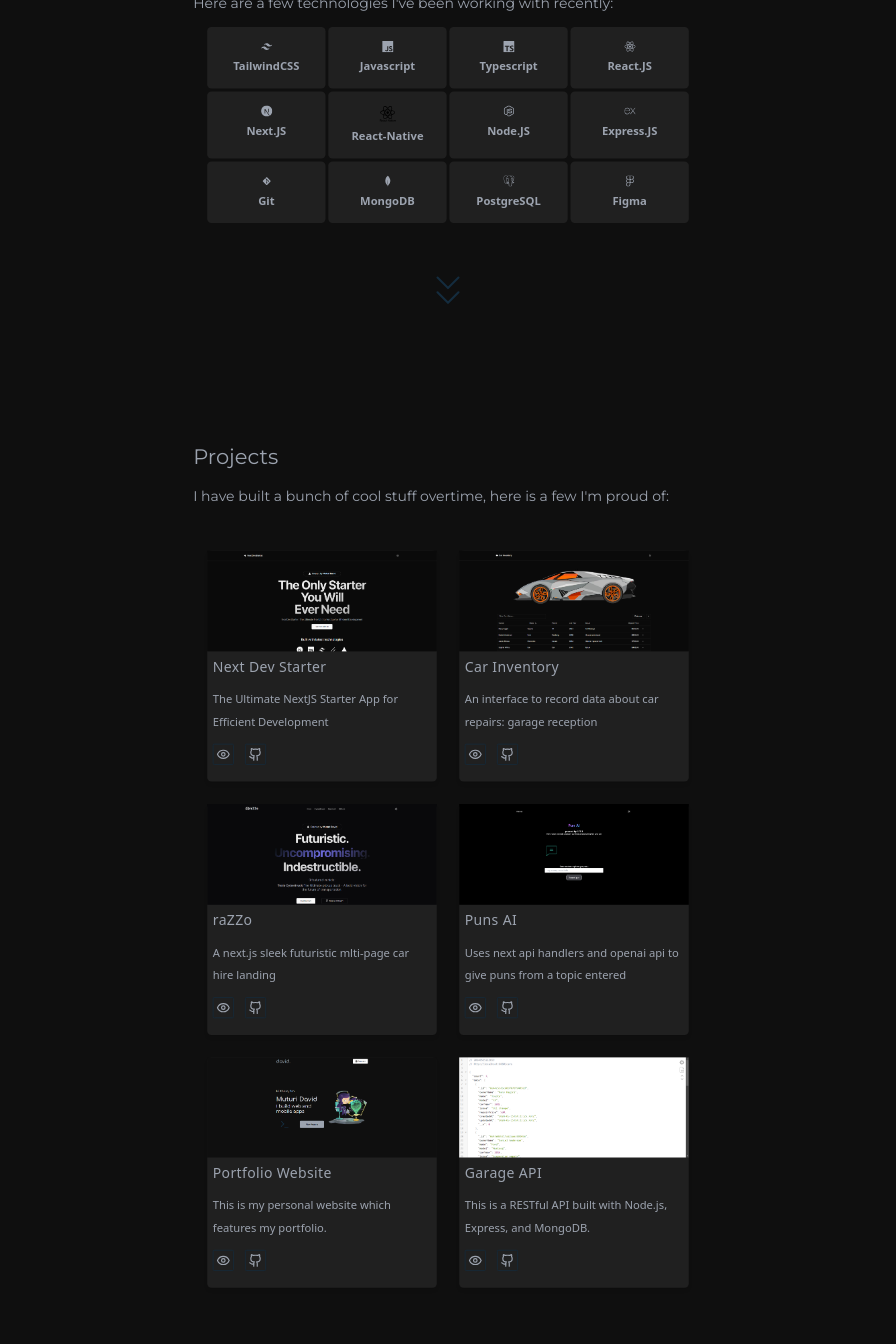
Repository: tushcmd/tushdev-portfolio
Page: /
These files come from the project's save history. The page is drawn as it stood at one moment and after the next save; the edit follows.
The browser window is 1280 px wide. The pictures show the part of the page from y = 1242 to 3162 px (the page is 4186 px tall before and 4278 px after), at 70% of full size.
The project was rebuilt for these pictures with package versions that can differ from the ones it lists, and the page was loaded fresh each time. The framework's server and built-in components were replaced by stand-ins that run in the browser. Also part of the build but not shown: next.config.js.

Above is the page before, as saved 2024-05-29 00:48:41.

After the next save:
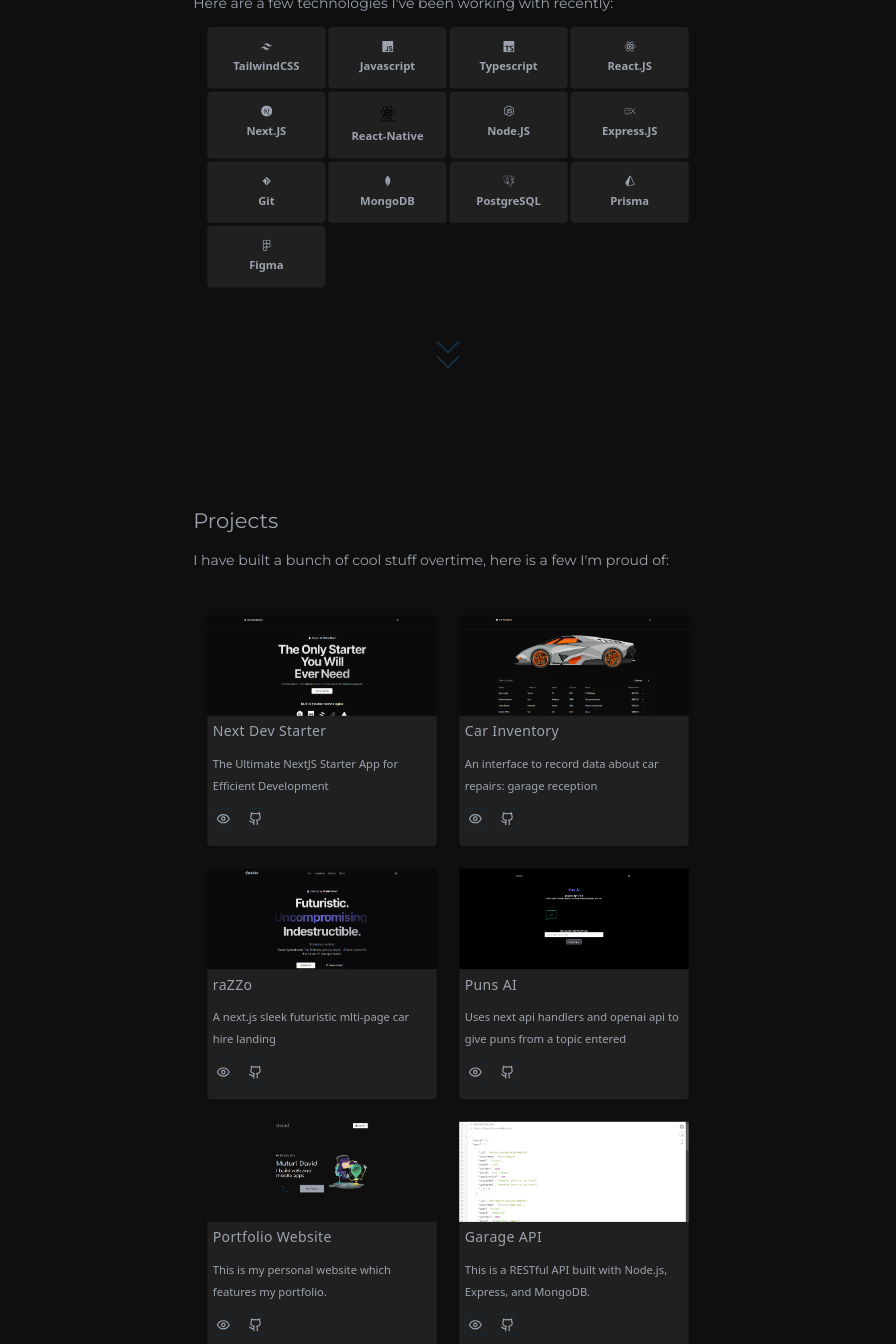
Saved 112 s later.
--- a/app/components/Skills/SkillsList.js
+++ b/app/components/Skills/SkillsList.js
@@ -15,6 +15,7 @@ import {
 import { DiGit } from 'react-icons/di';
 
 import { nanoid } from 'nanoid';
+import { title } from 'process';
 
 export const skills = [
   {
@@ -86,6 +87,11 @@ export const skills = [
     id: nanoid(),
   },
   {
+    title: 'Prisma',
+    icon: <SiPrisma />,
+    id: nanoid()
+  },
+  {
     title: 'Figma',
     icon: <SiFigma />,
     id: nanoid(),
